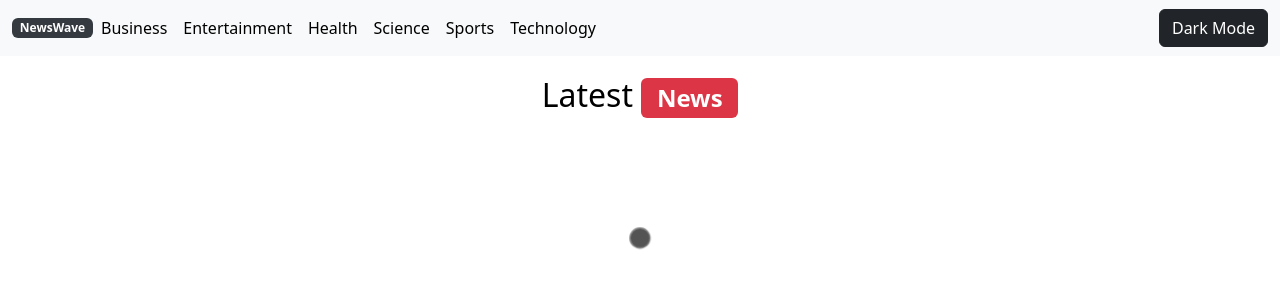
Repository: PranjalTripathi2003/news-wave
Page: /
An editor plug-in stored every save of this project. The page is shown before and after the next save, followed by the edit.
The browser window is 1280 px wide. The pictures show the whole page.
The page's requests for data from a server got no answer. The project was rebuilt for these pictures with package versions that can differ from the ones it lists, and the page was loaded fresh each time. No one was signed in, and anything a server would have sent is missing. Also part of the build but not shown: vite.config.js, src/styles/NewsItem.css, src/components/NewsItem.jsx.

Above is the page before, as saved 2024-07-26 20:52:43.

After the next save:
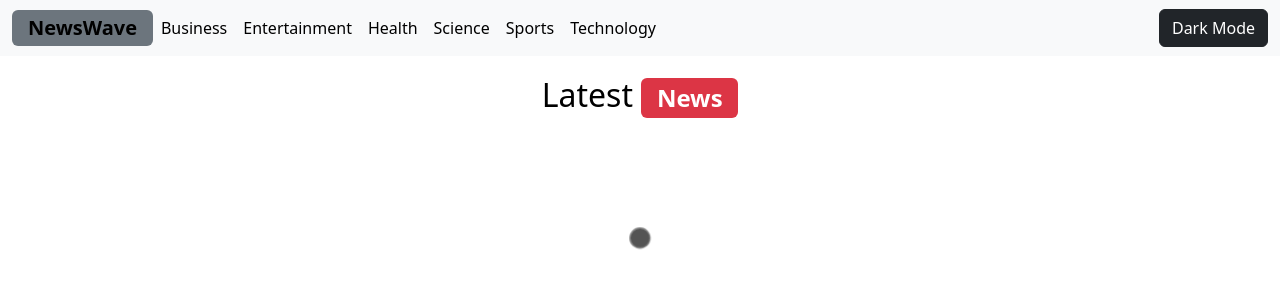
Saved 101 s later.
--- a/src/components/Navbar.jsx
+++ b/src/components/Navbar.jsx
@@ -10,11 +10,15 @@ const Navbar = ({ setCategory, toggleDarkMode, darkMode }) => {
     >
       <div className="container-fluid">
         <span
-          className={`badge ${
-            darkMode ? "bg-light text-dark" : "bg-dark text-light"
+          className={`badge text-bg-secondary ${
+            darkMode ? "text-light" : "text-dark"
           }`}
           onClick={() => setCategory("general")}
-          style={{ cursor: "pointer" }}
+          style={{
+            cursor: "pointer",
+            fontSize: "1.25rem",
+            padding: "0.5rem 1rem",
+          }}
         >
           NewsWave
         </span>
